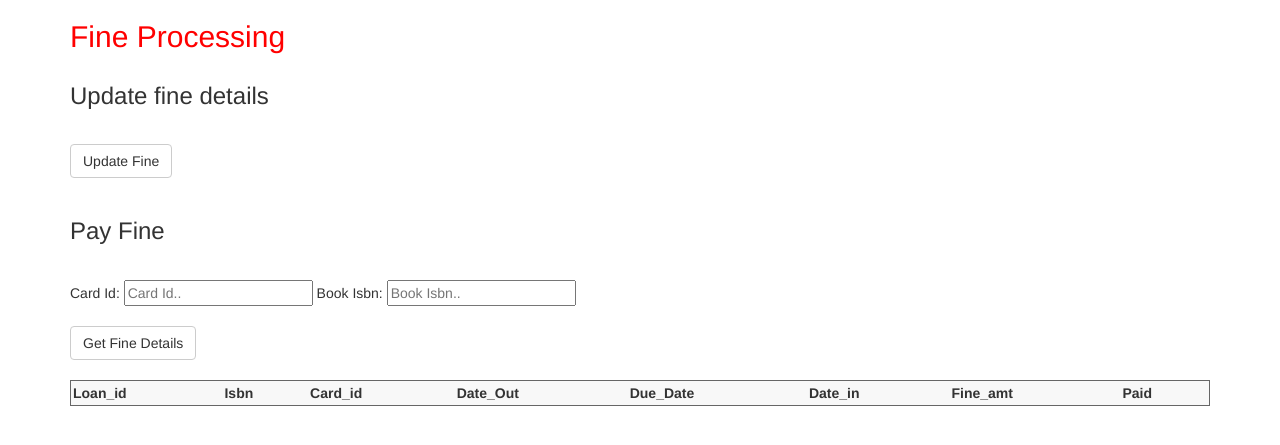
Repository: ApurvaMithal/LibraryManagementSystem
Page: http://localhost/LibraryManagementSystem/Fines.jsp
The author's editor kept a copy of each file at every save. The page is drawn from the files as they stood at one save, then again after the next save.
The browser window is 1280 px wide. The pictures show the whole page.
Some web fonts or font styles are not loaded; a fallback is used. The page is served by Tomcat 9.

Above is the page before, as saved 2018-03-02 22:47:27.

After the next save:
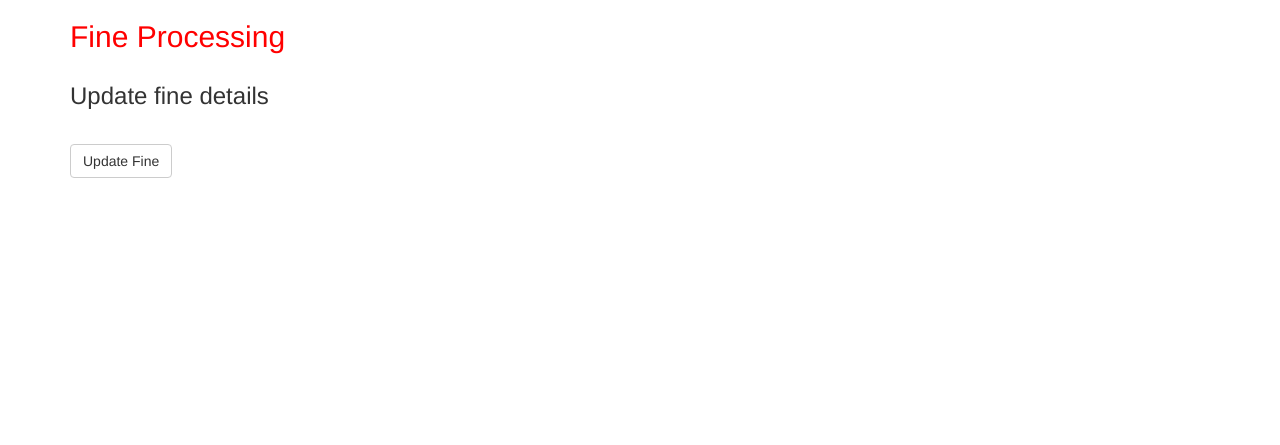
Saved 8 s later.
--- a/eclipse/LibraryManagementSystem/WebContent/Fines.jsp
+++ b/eclipse/LibraryManagementSystem/WebContent/Fines.jsp
@@ -12,39 +12,7 @@
         <script src="js/bootstrap.min.js"></script>
 
 
-         <style>
-    table {
-                border: 1px solid #666;
-                width: 100%;
-            }
-    th {
-                background: #f8f8f8;
-                font-weight: bold;
-                padding: 2px;
-            }
-    tr{
-        cursor:pointer;
-        background: -moz-linear-gradient(top, #ffffff, #D1E3E9);
-        background: -webkit-gradient(linear, 0% 0%, 0% 100%, from(#ffffff), to(#D1E3E9));
-        text-align:center;
-    }
 
-    tr:hover{
-        background: -moz-linear-gradient(top, #249ee4, #057cc0);
-        background: -webkit-gradient(linear, 0% 0%, 0% 100%, from(#249ee4), to(#057cc0));
-    }
-
-    tr:active
-    {
-        background: -moz-linear-gradient(top, #057cc0, #249ee4);
-        background: -webkit-gradient(linear, 0% 0%, 0% 100%, from(#057cc0), to(#249ee4));
-    }
-
-    #result{
-        font-weight:bold;
-        font-size:16pt;
-    }
-</style>
 
         <script>
             jQuery(window).ready(function() {
@@ -69,50 +37,8 @@
                     });
 
                 });
-       <%--     });
-            jQuery(window).ready(function() {
-               --%>
-				$("#finePaymentBtn").click(function(event) {
-					var cardID = $('#cardId').val();
-                    var isbn = $('#isbn').val();
-                    $.ajax({
-                        url: "FinePaymentServlet",
-                        type: "get",
-                        dataType: "json",
-                        data: {
-                        	cardId : cardId,
-                        	isbn : isbn
-                        },
-                        success: function(data) {
-                            // since we are using jQuery, you don't need to parse response
+            });
 
-                            drawTable(data);
-                        }
-                    });
-
-                });
-
-                    function drawTable(data) {
-                    	  $("#fineDetails").find("tr:not(:first)").remove();
-                        for (var i = 0; i < data.length; i++) {
-                            drawRow(data[i]);
-                        }
-                    }
-
-                    function drawRow(rowData) {
-                        var row = $("<tr />");
-                        $("#fineDetails").append(row); //this will append tr element to table... keep its reference for a while since we will add cels into it
-                        row.append($("<td>" + rowData.loan_id + "</td>"));
-                        row.append($("<td>" + rowData.isbn+ "</td>"));
-                        row.append($("<td>" + rowData.card_id + "</td>"));
-                        row.append($("<td>" + rowData.date_out + "</td>"));
-                        row.append($("<td>" + rowData.due_date + "</td>"));
-                        row.append($("<td>" + rowData.date_in + "</td>"));
-                        row.append($("<td>" + rowData.fine_amt + "</td>"));
-                        row.append($("<td>" + rowData.paid + "</td>"));
-
-                    }
-                });
         </script>
 
 
@@ -131,30 +57,7 @@
             <button type="Submit" class="btn btn-default" id="fineUpdateBtn">Update Fine</button>
 			</br></br>
 
-			<div class="finePayment">
-                <label for="finePayment"><h3>Pay Fine</h3></label></br></br>
-                Card Id:    <input type="text" id="cardId" placeholder="Card Id.." name="cardId">
-                Book Isbn:  <input type="text" id="isbn" placeholder="Book Isbn.." name="bookIsbn"></br>
 
-
-            </div>
-			</br>
-            <button type="Submit" class="btn btn-default" id="finePaymentBtn">Get Fine Details</button>
-			</br></br>
-
-            <table id="fineDetails">
-            <tr>
-                <th>Loan_id</th>
-                <th>Isbn</th>
-                <th>Card_id</th>
-                <th>Date_Out</th>
-                <th>Due_Date</th>
-                <th>Date_in</th>
-                <th>Fine_amt</th>
-                <th>Paid</th>
-            </tr>
-
-         </table>
 
         </div>
 
